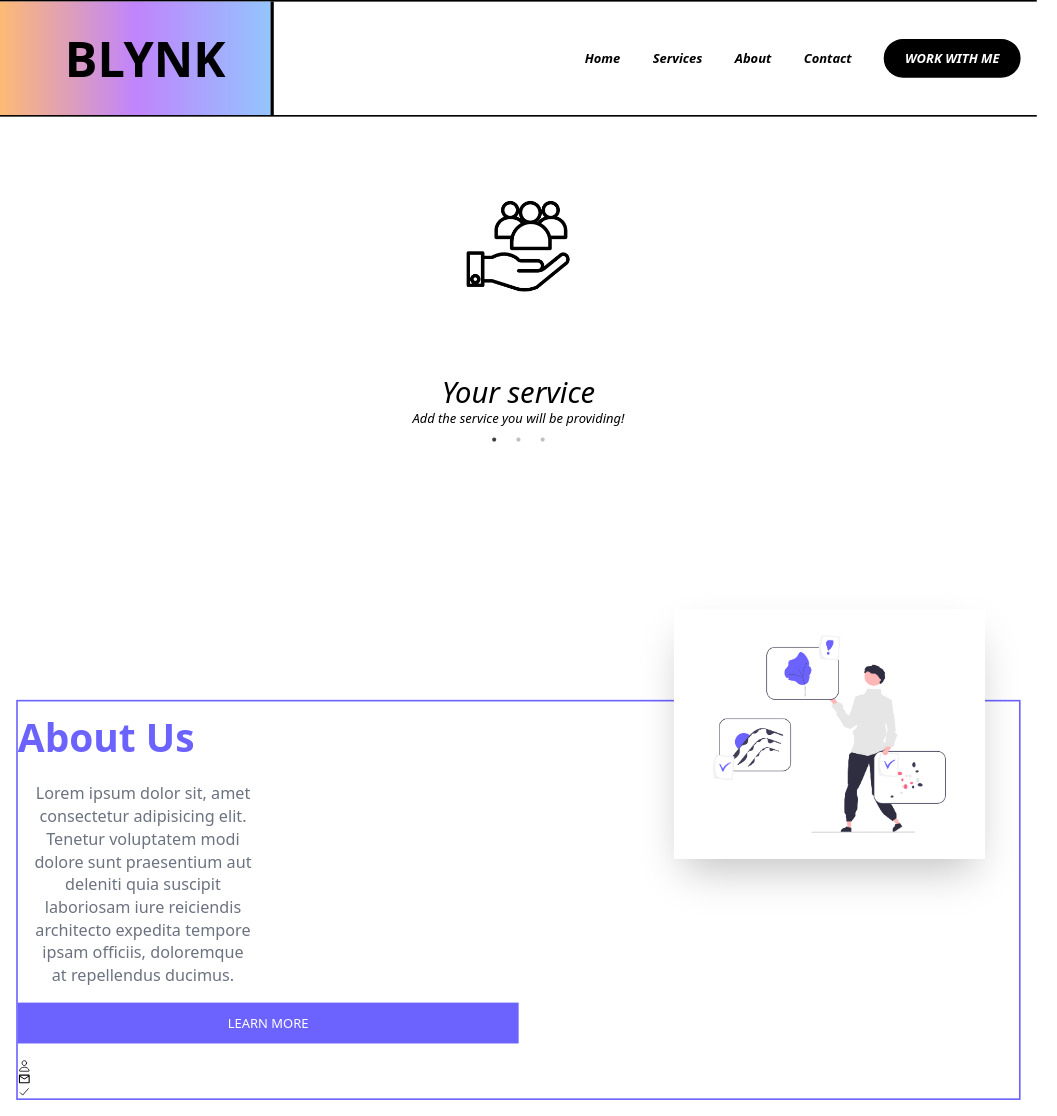
Repository: Al123Kudayyd/eportfolio
Page: /
An editor plug-in stored every save of this project. The page is shown before and after the next save, followed by the edit.
The browser window is 1280 px wide. The page is 1305 px wide, so the pictures cover 1305 px, including what lies to the right of the window. The pictures show the whole page, at 81% of full size.
The project was rebuilt for these pictures with package versions that can differ from the ones it lists, and the page was loaded fresh each time.

Above is the page before, as saved 2024-02-27 07:58:24.

After the next save:
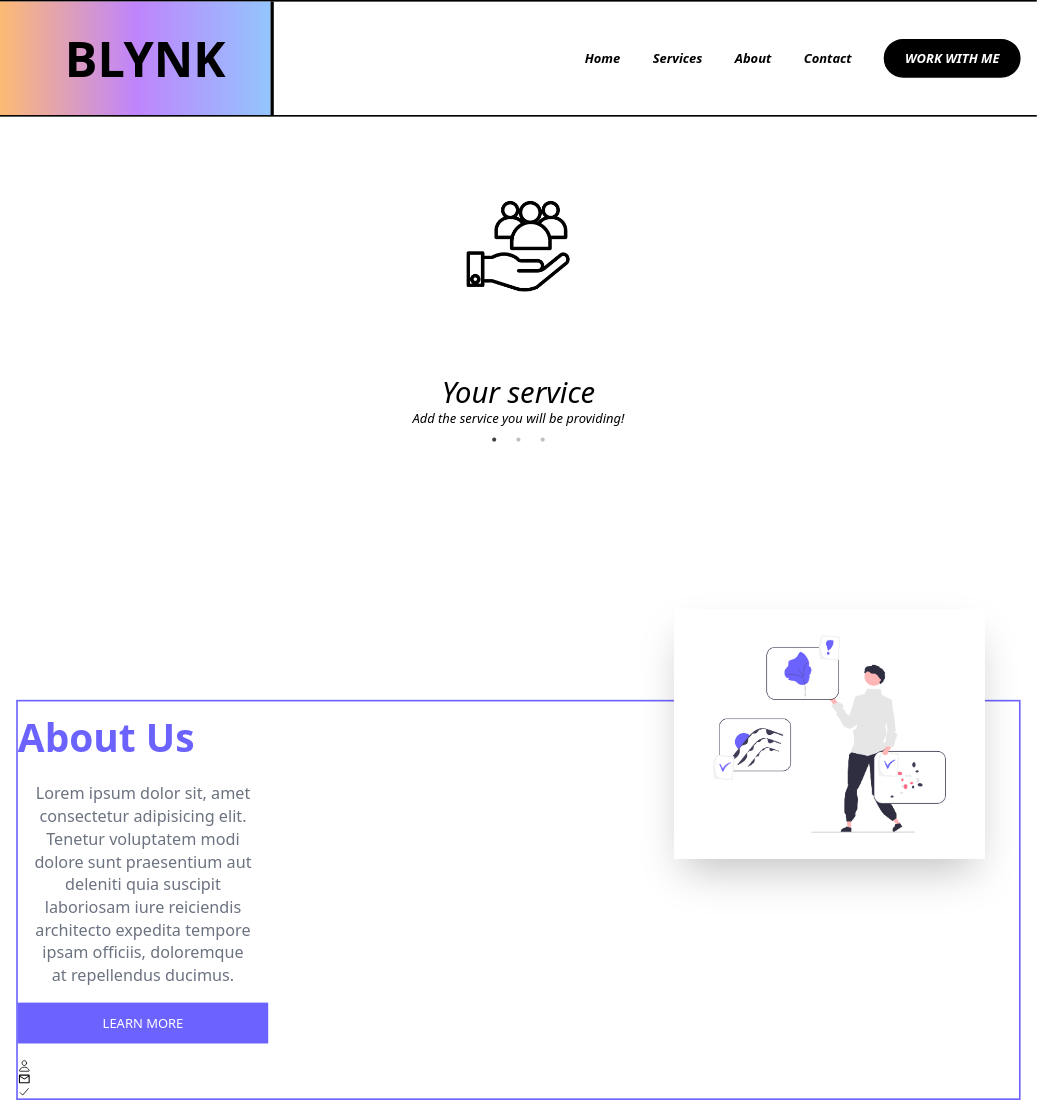
Saved 7 s later.
--- a/src/components/About.jsx
+++ b/src/components/About.jsx
@@ -12,7 +12,7 @@ function About() {
             </h1>
             <p className='md:w-1/2 lg:w-1/4 mt-20 text-xl text-gray-500 p-5'>Lorem ipsum dolor sit, amet consectetur adipisicing elit. Tenetur voluptatem modi dolore sunt praesentium aut deleniti quia suscipit laboriosam iure reiciendis architecto expedita tempore ipsam officiis, doloremque at repellendus ducimus.</p>
             <button className='bg-[#6C63FF] text-white border border-[#6C63FF] px-7 py-3 mb-5 hover:bg-white
-            hover:text-[#6C63FF] transitio duration-300 w-1/2'>
+            hover:text-[#6C63FF] transitio duration-300 w-1/4'>
               LEARN MORE
             </button>
         </div>
